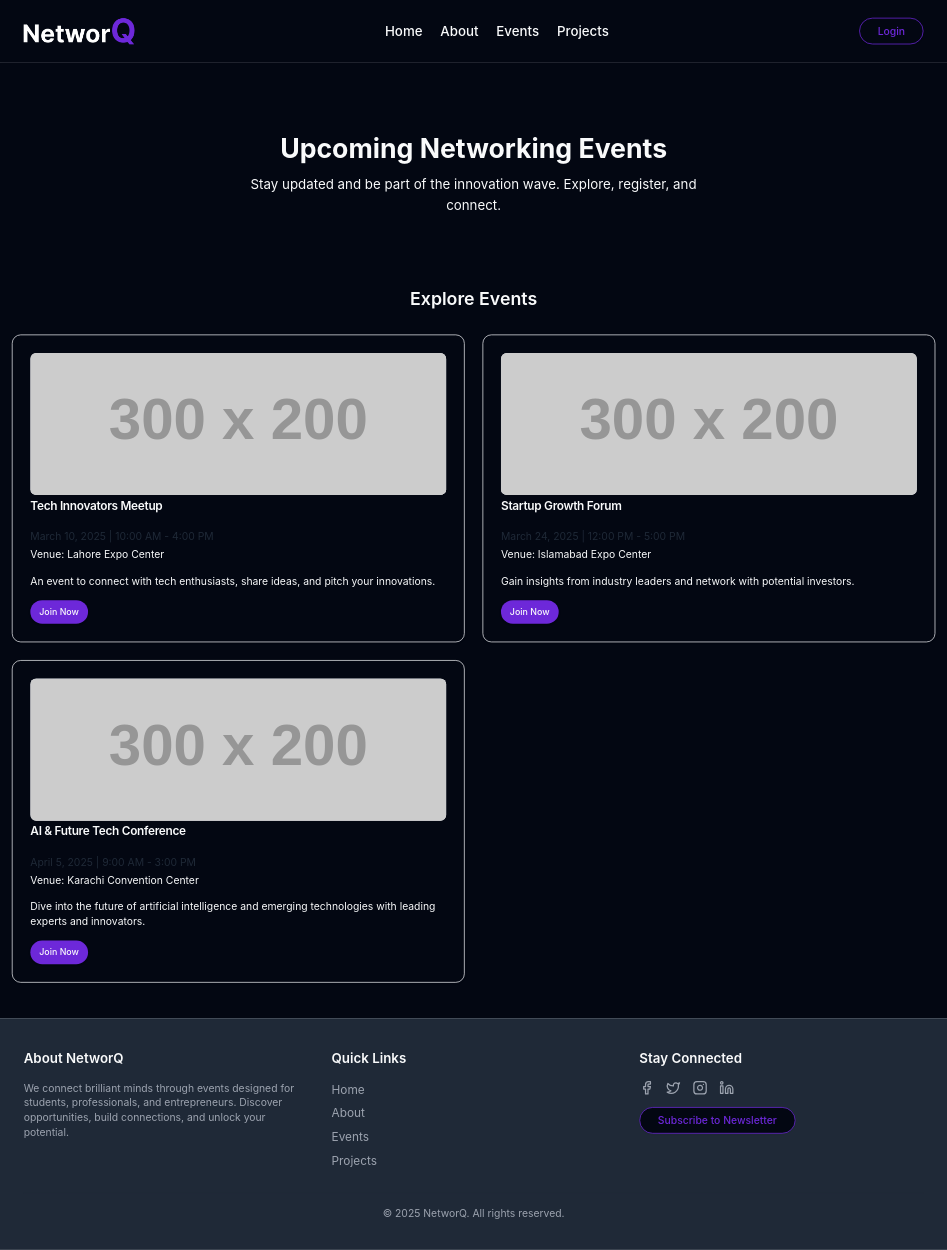
Repository: Wahab3917/Red-Pill-Coders-Hackathon-Submission
Page: /events (app in frontend/)
An editor plug-in stored every save of this project. The page is shown before and after the next save, followed by the edit.
The browser window is 1280 px wide. The pictures show the whole page, at 74% of full size.
The project was rebuilt for these pictures with package versions that can differ from the ones it lists, and the page was loaded fresh each time. Also part of the build but not shown: frontend/vite.config.js, frontend/src/layouts/AuthLayout.jsx, frontend/src/pages/Home.jsx, frontend/src/pages/About.jsx, frontend/src/pages/Project.jsx.

Above is the page before, as saved 2025-01-25 13:09:02.

After the next save:
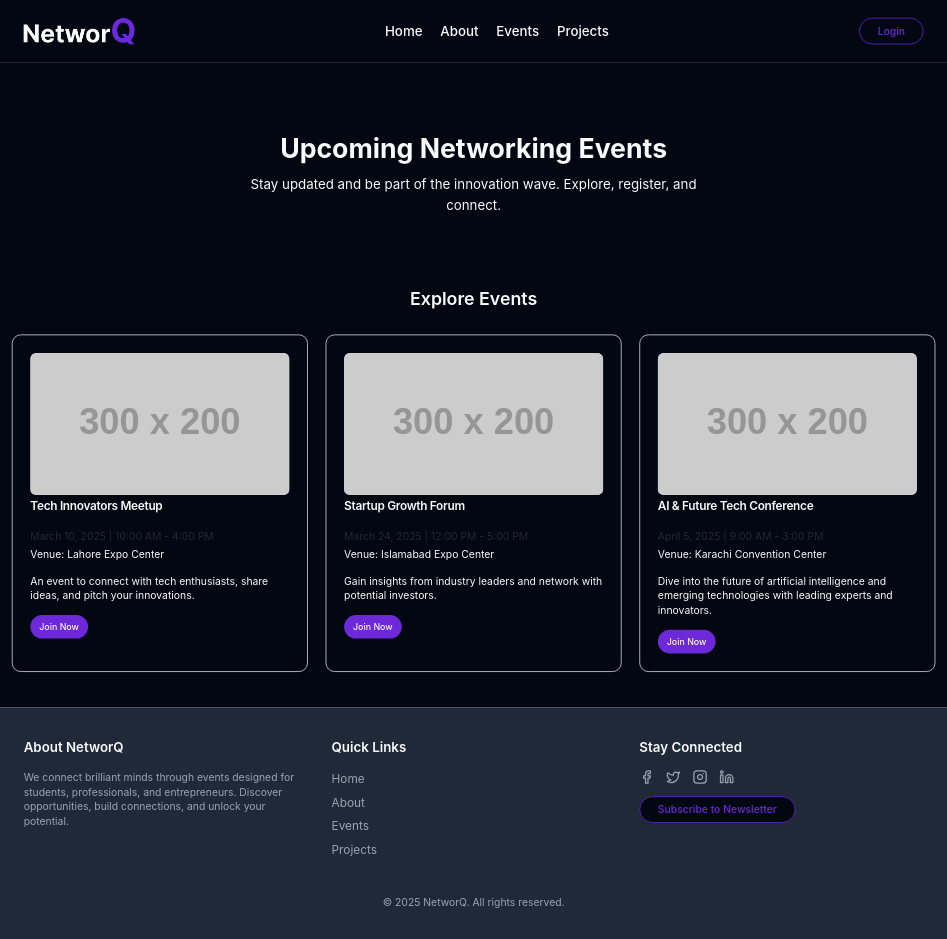
Saved 2 min 3 s later.
--- a/frontend/src/pages/Event.jsx
+++ b/frontend/src/pages/Event.jsx
@@ -59,7 +59,7 @@ export default function EventsPage() {
               <h2 className="text-2xl font-semibold text-center mb-8">
                 Explore Events
               </h2>
-              <div className="grid grid-cols-1 sm:grid-cols-2 gap-6">
+              <div className="grid grid-cols-1 sm:grid-cols-2 lg:grid-cols-3 gap-6">
                 {eventsData.map((event, index) => (
                   <Card key={index}>
                     <CardHeader>
